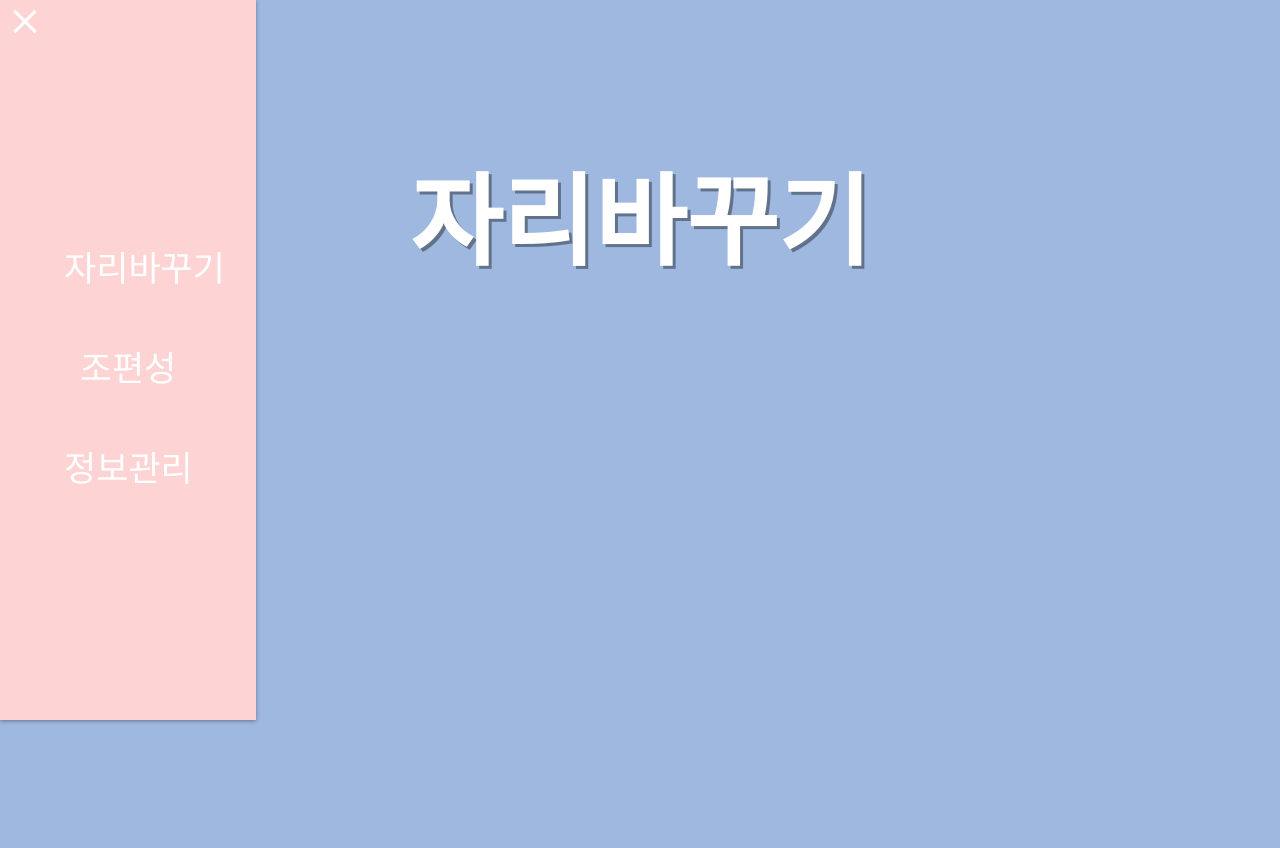
Repository: se-yoo/ChangeSeat
Page: http://localhost/ChangeSeat/main.jsp
An editor plug-in stored every save of this project. The page is shown before and after the next save, followed by the edit.
The browser window is 1280 px wide. The pictures show the whole page.
After loading, the first visible `div.wrap` was clicked once.
Some web libraries are served in a nearby version. The page is served by Tomcat 9.

Above is the page before, as saved 2018-06-25 05:43:44.

### ChangeSeat/WebContent/main.jsp
<%@ page language="java" contentType="text/html; charset=UTF-8"
    pageEncoding="UTF-8"%>
<jsp:forward page="templateTest.jsp">
	<jsp:param name="CONTENTPAGE" value="changeIndex.jsp"/>
</jsp:forward>

### ChangeSeat/WebContent/templateTest.jsp
<%@ page language="java" contentType="text/html; charset=UTF-8"
    pageEncoding="UTF-8"%>
<!DOCTYPE html>
<html>
<head>
<meta charset="UTF-8">
<title>자리바꾸기</title>
<meta name="viewport" content="width=device-width, initial-scale=1">
 <title>Side Menu</title>
 <link rel="stylesheet" href="style.css">
 <link href='https://fonts.googleapis.com/css?family=Pacifico' rel='stylesheet' type='text/css'>
 <script src="//ajax.googleapis.com/ajax/libs/jquery/1.6.1/jquery.min.js" type="text/javascript"></script>
 <script>
$(document).ready(function(){
  /*
  $(".first").mouseover(function(){
    $(".second").css("background-color", '#6b81d5');
    $(".first").css("background-color", '#D56B81');

  });
  $(".second").mouseover(function(){
    $(".second").css("background-color", '#8a6bd5');
    $(".first").css("background-color", '#6bd5bf');

  });
  */
  $(".wrap").click(function(){
    $(".top").toggleClass("addedtop");
    $(".mid").toggleClass("addedmid");
    $(".bot").toggleClass("addedbot");
$(".side").toggleClass("triggered");
    $(".sidebtn").toggleClass("sideopacity");


  });

}); //final
</script>
</head>
<body>
<%
	String contentpage=request.getParameter("CONTENTPAGE");
%>
  <div class="wrap">
<span class="line top"></span>
  <span class="line mid"></span>
  <span class="line bot"></span>
  </div>
  <div class="side">
    <a href="#" class="sidebtn">자리바꾸기</a>
    <a href="#" class="sidebtn">조편성</a>
    <a href="#" class="sidebtn">정보관리</a>
  </div>
  <jsp:include page="<%= contentpage %>"></jsp:include>
</body>
</html>

### ChangeSeat/WebContent/changeIndex.jsp
<%@ page language="java" contentType="text/html; charset=UTF-8"
    pageEncoding="UTF-8"%>
<!DOCTYPE html>
<html>
<head>
<meta content="text/html; charset=UTF-8">
<title></title>
</head>
<body>
	<h1 class="header">
    	자리바꾸기
  	</h1>
</body>
</html>

### ChangeSeat/WebContent/style.css
@CHARSET "UTF-8";
body {
  font-family: "roboto", sans-serif;
  background-color:#9fb8e0;
  margin: 0;
  padding: 0;
}
html,body {
 height:100%;
}
.line {
 display: block;
  height:3px;
  width:30px;
  background-color:white;
  margin-top:5px;
  position: absolute;
  top:0;

  transition: all .4s ease-in-out;
}
.wrap {
 height:80px;
  position: relative;
  top:5px;
  left:10px;
  width: 30px;
  z-index: +150;
  cursor: pointer;
  height:30px;
  position: fixed;
}

.mid {
 top:10px;
}
.bot {
top:20px;
}

.addedmid {
  transform: rotate(135deg);
}
.addedtop {
  transform: rotate(45deg);
  top:10px;
}
.addedbot {
 opacity: 0;
}
.side {
 width:20%;
  position: fixed;
  height:100%;
  text-align: center;
  left:-20%;
  z-index: 80;
  box-shadow: 0 1px 4px 0 rgba(0,0,0,0.37);
  top:0;
  background-color: #fdd3d3;
  transition: all .5s ease-in-out;
}
.sidebtn {
 text-decoration: none;
  display: block;
  color:white;
  font-family: 'pacifico';
  font-size:35px;
  opacity:0;
  width:50%;
  position: relative;
  left:25%;
  top:30%;
  white-space: nowrap;
  line-height:100px;
  transition:all .25s ease-in-out;

}
.sideopacity  {
 opacity: 1;
  transition: all 1s ease-in-out;
}
.sidebtn:hover {
  text-shadow: 2px 2px rgba(0, 0, 0, 0.38);
}
.triggered {
 left:0;
}
.sidebtn::after {
 content: '';
  position: absolute;
  bottom:0;
  left:50%;
  width:0%;
  height:5px;
  background-color: white;
  transition: all .3s ease-out;
}
.sidebtn:hover::after {
 width: 100%;
  left:0;
  box-shadow: 2px 2px rgba(0, 0, 0, 0.38);
}
.header {
  font-family:'pacifico';
  color:white;
  font-size:100px;
  margin-top:10%;
  text-align:center;
  cursor: default;
  transition: all .4s ease-in-out;
  text-shadow: 3px 3px rgba(0, 0, 0, 0.38);
}

After the next save:
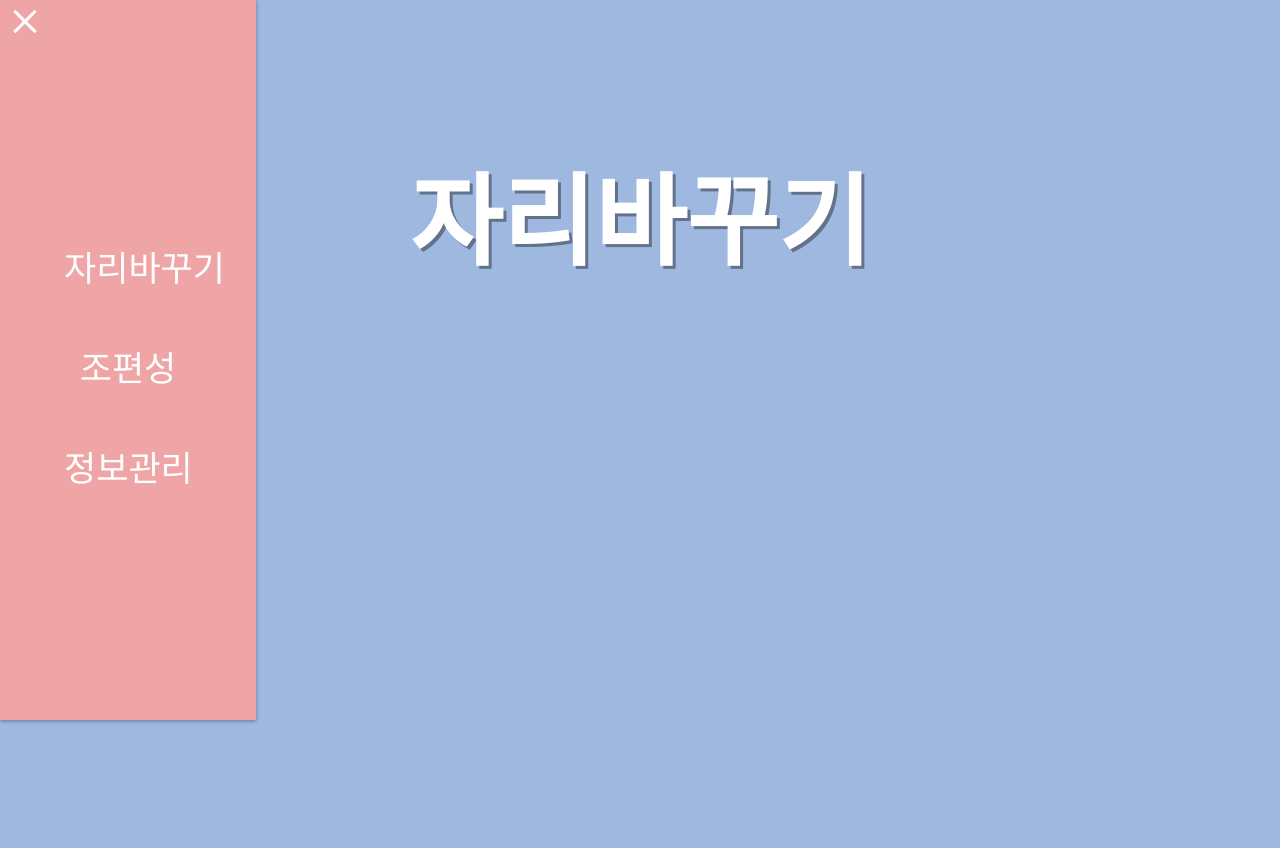
Saved 20 s later.
--- a/ChangeSeat/WebContent/style.css
+++ b/ChangeSeat/WebContent/style.css
@@ -57,7 +57,7 @@ top:20px;
   z-index: 80;
   box-shadow: 0 1px 4px 0 rgba(0,0,0,0.37);
   top:0;
-  background-color: #fdd3d3;
+  background-color: #efa5a5;
   transition: all .5s ease-in-out;
 }
 .sidebtn {
